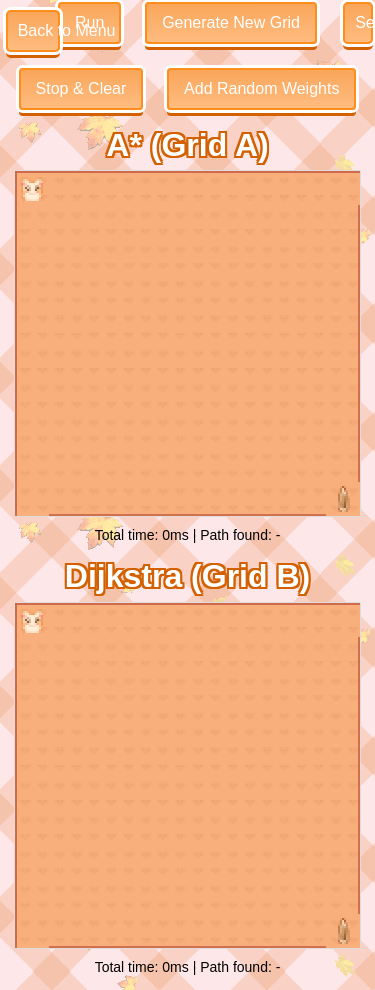
Repository: ramosfranz/Hamster-Crossing
Page: src/game.html
An editor plug-in stored every save of this project. The page is shown before and after the next save, followed by the edit.
The browser window is 375 px wide. The pictures show the whole page.
Some web fonts or font styles are not loaded; a fallback is used.

Above is the page before, as saved 2025-05-14 22:35:45.

After the next save:
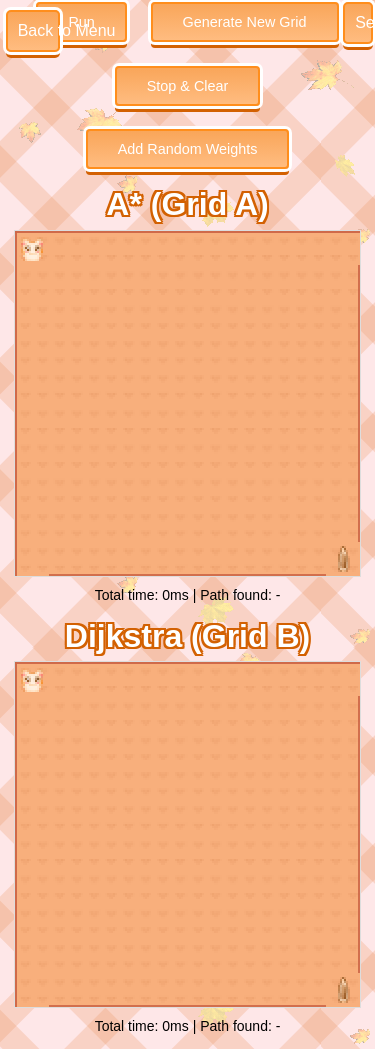
Saved 2 min 26 s later.
--- a/src/styles/gameStyle.css
+++ b/src/styles/gameStyle.css
@@ -374,6 +374,13 @@ label {
 }
 
 @media (max-width: 600px) {
+
+    .pixelButton {
+    font-size: 0.9rem;
+    padding: 10px 8%;
+  }
+
+
     #grids-container {
         grid-template-columns: 1fr;
     }
